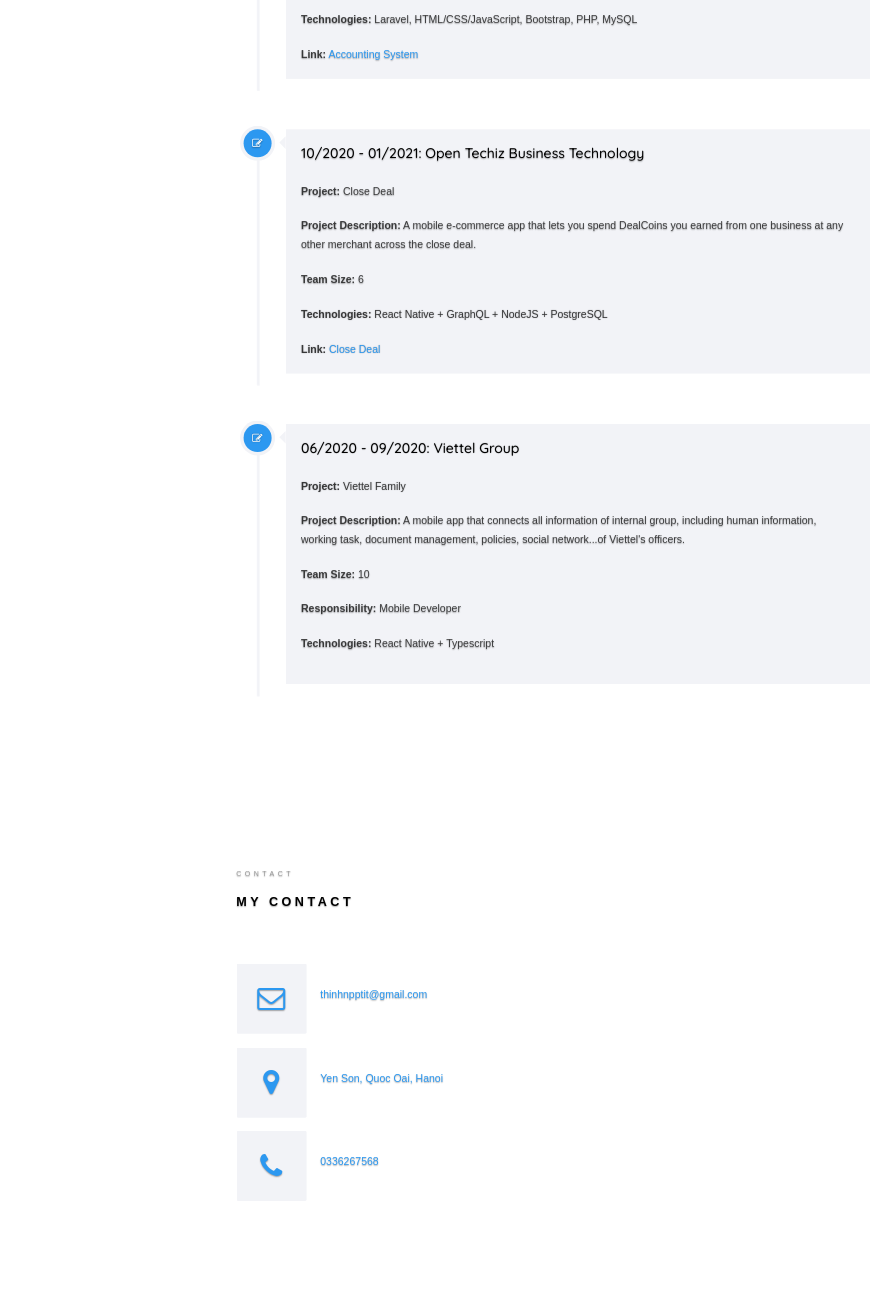
Repository: thinhnpptit/my-cv
Page: index.html
These files come from the project's save history. The page is drawn as it stood at one moment and after the next save; the edit follows.
The browser window is 1280 px wide. The pictures show the part of the page from y = 2824 to 4744 px (the page is 4695 px tall before and 4744 px after), at 70% of full size.
Some web fonts or font styles are not loaded; a fallback is used.

Above is the page before, as saved 2021-06-22 22:45:59.
Console error: TypeError: $(...).stick_in_parent is not a function

### index.html

<!DOCTYPE HTML>
<html>
	<head>
	<meta charset="utf-8">
	<meta http-equiv="X-UA-Compatible" content="IE=edge">
	<title>MY CV</title>
	<meta name="viewport" content="width=device-width, initial-scale=1">
	<meta name="description" content="" />
	<meta name="keywords" content="" />
	<meta name="author" content="" />

  <!-- Facebook and Twitter integration -->
	<meta property="og:title" content=""/>
	<meta property="og:image" content=""/>
	<meta property="og:url" content=""/>
	<meta property="og:site_name" content=""/>
	<meta property="og:description" content=""/>
	<meta name="twitter:title" content="" />
	<meta name="twitter:image" content="" />
	<meta name="twitter:url" content="" />
	<meta name="twitter:card" content="" />

	<!-- Place favicon.ico and apple-touch-icon.png in the root directory -->
	<link rel="shortcut icon" href="favico.png">

	<link href="https://fonts.googleapis.com/css?family=Quicksand:300,400,500,700" rel="stylesheet">
	<link href="https://fonts.googleapis.com/css?family=Playfair+Display:400,400i,700" rel="stylesheet">

	<!-- Animate.css -->
	<link rel="stylesheet" href="css/animate.css">
	<!-- Icomoon Icon Fonts-->
	<link rel="stylesheet" href="css/icomoon.css">
	<!-- Bootstrap  -->
	<link rel="stylesheet" href="css/bootstrap.css">
	<!-- Flexslider  -->
	<link rel="stylesheet" href="css/flexslider.css">
	<!-- Flaticons  -->
	<link rel="stylesheet" href="fonts/flaticon/font/flaticon.css">
	<!-- Owl Carousel -->
	<link rel="stylesheet" href="css/owl.carousel.min.css">
	<link rel="stylesheet" href="css/owl.theme.default.min.css">
	<!-- Theme style  -->
	<link rel="stylesheet" href="css/style.css">
	<!-- Font Waresome -->
	<link rel="stylesheet" href="https://cdnjs.cloudflare.com/ajax/libs/font-awesome/4.7.0/css/font-awesome.min.css">

	<!-- Modernizr JS -->
	<script src="js/modernizr-2.6.2.min.js"></script>
	<!-- FOR IE9 below -->
	<!--[if lt IE 9]>
	<script src="js/respond.min.js"></script>
	<![endif]-->

	</head>
	<body>
	<div id="colorlib-page">
		<div class="container-wrap">
		<a href="#" class="js-colorlib-nav-toggle colorlib-nav-toggle" data-toggle="collapse" data-target="#navbar" aria-expanded="false" aria-controls="navbar"><i></i></a>
		<aside id="colorlib-aside" role="complementary" class="border js-fullheight">
			<div class="text-center">
				<div class="author-img" style="background-image: url(images/avatar.png);"></div>
				<h1 id="colorlib-logo"><a href="index.html">Nguyen Phu Thinh</a></h1>
				<span class="position">Full Stack Web Developer</span>
			</div>
			<nav id="colorlib-main-menu" role="navigation" class="navbar">
				<div id="navbar" class="collapse">
					<ul>
						<li class="active"><a href="#" data-nav-section="about">About</a></li>
						<li><a href="#" data-nav-section="skills">Skills</a></li>
						<li><a href="#" data-nav-section="education">Education</a></li>
						<li><a href="#" data-nav-section="experience">Project</a></li>
						<li><a href="#" data-nav-section="contact">Contact</a></li>
					</ul>
				</div>
			</nav>

			<div class="colorlib-footer">
				<a href="" target="_blank" class="btn btn-primary btn-learn text-center">Download My CV <i class="fa fa-cloud-download" aria-hidden="true"></i></a>
			</div>

		</aside>

		<div id="colorlib-main">
			<section class="colorlib-about" data-section="about">
				<div class="colorlib-narrow-content">
					<div class="row">
						<div class="col-md-12">
							<div class="row row-bottom-padded-sm animate-box" data-animate-effect="fadeInLeft">
								<div class="col-md-12">
									<div class="about-desc">
										<span class="heading-meta">ABOUT</span>
										<h2 class="colorlib-heading">Who Am I?</h2>
										<p>I'm Nguyen Phu Thinh, a full stack developer with <strong>2 years of experience</strong> in Front-End Web Development (which includes <strong>1 years of experience</strong> in Back-End Development), with good knowledge of Object-Oriented
											Analysis and Design, Database Design, and Design Patterns.</p>
										<!-- <p>Learning new languages and technologies is what I am passionate about (I self-taught Django with 3 weeks). I am considered a team-player because I like to help other and tend to work well within groups. I can also do some mentoring tasks and do code reviewing for other team members.</p> -->
										<!-- <span>Target: -->
										</span>
									</div>
								</div>
							</div>
						</div>
					</div>
				</div>
			</section>


			<section class="colorlib-skills" data-section="skills">
				<div class="colorlib-narrow-content">
					<div class="row">
						<div class="col-md-6 col-md-offset-3 col-md-pull-3 ">
							<span class="heading-meta">SKILLS</span>
							<h2 class="colorlib-heading">MY SKILLS</h2>
						</div>
					</div>
					<div class="row row-pt-md">
						<div class="col-md-3 text-center animate-box">
							<div class="services color-1">
								<span class="icon">
									<i class="fa fa-heart-o" aria-hidden="true"></i>
								</span>
								<div class="desc">
									<h3>PROGRAMMING LANGUAGES</h3>
									<ul>
										<li>HTML, CSS</li>
										<li>JavaScript</li>
										<li>PHP</li>
										<li>Java</li>
										<li>Python</li>
										<br>
										<br>
										<br>
									</ul>
									<br>
								</div>
							</div>
						</div>
						<div class="col-md-3 text-center animate-box">
							<div class="services color-2">
								<span class="icon">
									<i class="fa fa-file-code-o" aria-hidden="true"></i>
								</span>
								<div class="desc">
									<h3>FRAMEWORKS & PLATFORMS
									</h3>
									<ul>
										<li>Bootstrap</li>
										<li>Jquery</li>
										<li>ReactJS/ReactNative</li>
										<li>NodeJS</li>
										<li>Laravel</li>
										<li>RestfulAPI / JSON, XML</li>
										<li>Javascript SDK: FacebookSDK, Firebase, MongoLab API</li>
									</ul>
								</div>
							</div>
						</div>
						<div class="col-md-3 text-center animate-box">
							<div class="services color-3">
								<span class="icon">
									<i class="fa fa-database" aria-hidden="true"></i>
								</span>
								<div class="desc">
									<h3>Database Management</h3>
									<ul>
										<li>MySQL</li>
										<li>MongoDB</li>
										</li>Microsoft SQL</li>
										<li>PostgreSQL</li>
										<br>
										<br>
										<br>
										<br>
										<br>
										<br>
										<br>
										<br>
									</ul>
								</div>
							</div>
						</div>
						<div class="col-md-3 text-center animate-box">
							<div class="services color-4">
								<span class="icon">
									<i class="fa fa-git" aria-hidden="true"></i>
								</span>
								<div class="desc">
									<h3>Dev Tools</h3>
									<ul>
										<li>Git (Github)</li>
										<li>Docker</li>
										<li>VS Code</li>
										<li>Zsh/Bash</li>
										<br>
										<br>
										<br>
										<br>
										<br>
										<br>
									</ul>
								</div>
							</div>
						</div>
						<div class="col-md-12 text-center animate-box">
							<div class="services color-5">
								<span class="icon">
									<i class="fa fa-key" aria-hidden="true"></i>
								</span>
								<div class="desc">
									<h3>KNOWLEDGE</h3>
									<ul>
										<li>Deep understanding about OOP, Design Pattern, SOLID principles, Dependency Injection, ...</li>
										<li>Good understanding about the Agile and Scrum process</li>
										<li>Good understanding software design, database design, RestfulAPI, ...</li>
										<li>Good time management, presentation and teamwork skills ...</li>
									</ul>
								</div>
							</div>
						</div>
					</div>
				</div>
			</section>



			<section class="colorlib-education" data-section="education">
				<div class="colorlib-narrow-content">
					<div class="row">
						<div class="col-md-6 col-md-offset-3 col-md-pull-3 animate-box" data-animate-effect="fadeInLeft">
							<h2 class="colorlib-heading animate-box">EDUCATION</h2>
						</div>
					</div>
					<div class="row">
						<div class="col-md-12 animate-box" data-animate-effect="fadeInLeft">
							<div class="fancy-collapse-panel">
								<div class="panel-group" id="accordion" role="tablist" aria-multiselectable="true">
									<div class="panel panel-default">
									    <div class="panel-heading" role="tab" id="headingOne">
									        <h4 class="panel-title">
									            <a data-toggle="collapse" data-parent="#accordion" href="#collapseOne" aria-expanded="true" aria-controls="collapseOne">2017-2021</a>
									        </h4>
									    </div>
									    <div id="collapseOne" class="panel-collapse collapse in" role="tabpanel" aria-labelledby="headingOne">
									         <div class="panel-body">
									            <div class="row">
										      		<div class="col-md-6">
														  <p>Currently a former student of PTIT</p>
														  <p>GPA: 2.94</p>
															<p>TOEIC 645</p>
										      		</div>
										      		<div class="col-md-6">
										      			<p>Posts and Telecommunications Institute of Technology, Vietnam</p>
										      		</div>
										      	</div>
									         </div>
									    </div>
									</div>
								</div>
							</div>
						</div>

				</div>
			</section>

			<section class="colorlib-experience" data-section="experience">
				<div class="colorlib-narrow-content">
					<div class="row">
						<div class="col-md-6 col-md-offset-3 col-md-pull-3 animate-box" data-animate-effect="fadeInLeft">
							<h2 class="colorlib-heading animate-box">EXPERIENCES</h2>
						</div>
					</div>
					<div class="row">
						<div class="col-md-12">
				         <div class="timeline-centered">
					         <article class="timeline-entry animate-box" data-animate-effect="fadeInLeft">
					            <div class="timeline-entry-inner">
					               <div class="timeline-icon color-1">
										<i class="fa fa-pencil-square-o" aria-hidden="true"></i>
					               </div>

					               <div class="timeline-label">
					                  	<h2><a href="#">02/2021 - PRESENT: Side Projects</a><span></span></h2>
										<p><strong>Project:</strong> Accounting System</p>
										<p><strong>Project Description:</strong> An accounting management system that helps a company can manage all 	  	  information about bills, invoices, warehouse, statistic goods, revenues, salaries.</p>
										<p><strong>Team Size:</strong> 5</p>
										<p><strong>Accomplishments:</strong> Learned the optimization of each command line, the frameworks of each command line at execution</p>
										<p><strong>Technologies:</strong> Laravel, HTML/CSS/JavaScript, Bootstrap, PHP, MySQL</p>
										<span><strong>Link:</strong></span><a href="http://accounting-system-app.herokuapp.com"> Accounting System</a>
										<!-- <div class="text-center">
											<a name="" id="" class="btn btn-primary" href="#" role="button">View Page</a>
										</div> -->
										<div class="list-img text-center">
											<!-- Images -->
										</div>
								   </div>
								   <br>
								</div>
					         </article>
					      </div>
					   </div>
					   <div class="col-md-12">
						<div class="timeline-centered">
							<article class="timeline-entry animate-box" data-animate-effect="fadeInLeft">
							   <div class="timeline-entry-inner">
								  <div class="timeline-icon color-1">
										<i class="fa fa-pencil-square-o" aria-hidden="true"></i>
								  </div>

								  <div class="timeline-label">
										<h2><a href="#">10/2020 - 01/2021: Open Techiz Business Technology</a><span></span></h2>
										<p><strong>Project:</strong> Close Deal</p>
										<p><strong>Project Description:</strong> A mobile e-commerce app that lets you spend DealCoins you earned 	from one business at any other merchant across the close deal.</p>
										<p><strong>Team Size:</strong> 6</p>
										<!-- <p><strong>Accomplishments:</strong> Learned the optimization of each command line, the frameworks of each command line at execution</p> -->
										<p><strong>Technologies:</strong> React Native + GraphQL + NodeJS + PostgreSQL</p>
										<span><strong>Link:</strong></span><a href="https://closedeal.app"> Close Deal</a>
									   <!-- <div class="text-center">
										   <a name="" id="" class="btn btn-primary" href="#" role="button">View Page</a>
									   </div> -->
									   <div class="list-img text-center">
										   <!-- Image -->
									   </div>
								  </div>
								  <br>
							   </div>
							</article>
						 </div>
					  </div>
						<div class="col-md-12">
							<div class="timeline-centered">
								<article class="timeline-entry animate-box" data-animate-effect="fadeInLeft">
									 <div class="timeline-entry-inner">
										<div class="timeline-icon color-1">
											<i class="fa fa-pencil-square-o" aria-hidden="true"></i>
										</div>

										<div class="timeline-label">
											<h2><a href="#">06/2020 - 09/2020: Viettel Group</a><span></span></h2>
											<p><strong>Project:</strong> Viettel Family</p>
											<p><strong>Project Description:</strong> A mobile app that connects all information of internal group, including human information, working task, document management, policies, social network...of Viettel's officers.</p>
											<p><strong>Team Size:</strong> 10</p>
											<p><strong>Responsibility: </strong>Mobile Developer</p>
											<!-- <p><strong>Accomplishments:</strong> Learned the optimization of each command line, the frameworks of each command line at execution</p> -->
											<p><strong>Technologies:</strong> React Native + Typescript </p>
											 <!-- <div class="text-center">
												 <a name="" id="" class="btn btn-primary" href="#" role="button">View Page</a>
											 </div> -->
											 <div class="list-img text-center">
												 <!-- Image -->
											 </div>
										</div>
										<br>
									 </div>
								</article>
							 </div>
							</div>
				   </div>
				</div>
			</section>

			<section class="colorlib-contact" data-section="contact">
				<div class="colorlib-narrow-content">
					<div class="row">
						<div class="col-md-6 col-md-offset-3 col-md-pull-3 animate-box" data-animate-effect="fadeInLeft">
							<span class="heading-meta">CONTACT</span>
							<h2 class="colorlib-heading">My Contact</h2>
						</div>
					</div>
					<div class="row">
						<div class="col-md-12">
							<div class="colorlib-feature colorlib-feature-sm animate-box" data-animate-effect="fadeInLeft">
								<div class="colorlib-icon">
									<i class="fa fa-envelope-o" aria-hidden="true"></i>
								</div>
								<div class="colorlib-text">
									<p><a href="mailto:hoangtienaptech@gmail.com">thinhnpptit@gmail.com</a></p>
								</div>
							</div>
							<div class="colorlib-feature colorlib-feature-sm animate-box" data-animate-effect="fadeInLeft">
								<div class="colorlib-icon">
									<i class="fa fa-map-marker" aria-hidden="true"></i>
								</div>
								<div class="colorlib-text">
									<p><a href="">Yen Son, Quoc Oai, Hanoi</a></p>
								</div>
							</div>
							<div class="colorlib-feature colorlib-feature-sm animate-box" data-animate-effect="fadeInLeft">
								<div class="colorlib-icon">
									<i class="fa fa-phone" aria-hidden="true"></i>
								</div>
								<div class="colorlib-text">
									<p><a href="tel:+84393932114">0336267568</a></p>
								</div>
							</div>
						</div>
					</div>
				</div>
			</section>

		</div><!-- end:colorlib-main -->
	</div><!-- end:container-wrap -->
	</div><!-- end:colorlib-page -->

	<!-- jQuery -->
	<script src="js/jquery.min.js"></script>
	<!-- jQuery Easing -->
	<script src="js/jquery.easing.1.3.js"></script>
	<!-- Bootstrap -->
	<script src="js/bootstrap.min.js"></script>
	<!-- Waypoints -->
	<script src="js/jquery.waypoints.min.js"></script>
	<!-- Flexslider -->
	<script src="js/jquery.flexslider-min.js"></script>
	<!-- Owl carousel -->
	<script src="js/owl.carousel.min.js"></script>
	<!-- Counters -->
	<script src="js/jquery.countTo.js"></script>

	<!-- MAIN JS -->
	<script src="js/main.js"></script>

	</body>
</html>

Loaded but not shown: css/animate.css (library); css/bootstrap.css (library); css/owl.carousel.min.css (library); css/owl.theme.default.min.css (common file); js/modernizr-2.6.2.min.js (library); js/jquery.min.js (library); js/jquery.easing.1.3.js (library); js/bootstrap.min.js (library); js/jquery.waypoints.min.js (library); js/jquery.flexslider-min.js (library); js/owl.carousel.min.js (library); js/jquery.countTo.js (library); js/main.js (310 lines, source omitted); css/style.css (1971 lines, source omitted); css/flexslider.css (275 lines, source omitted)

After the next save:
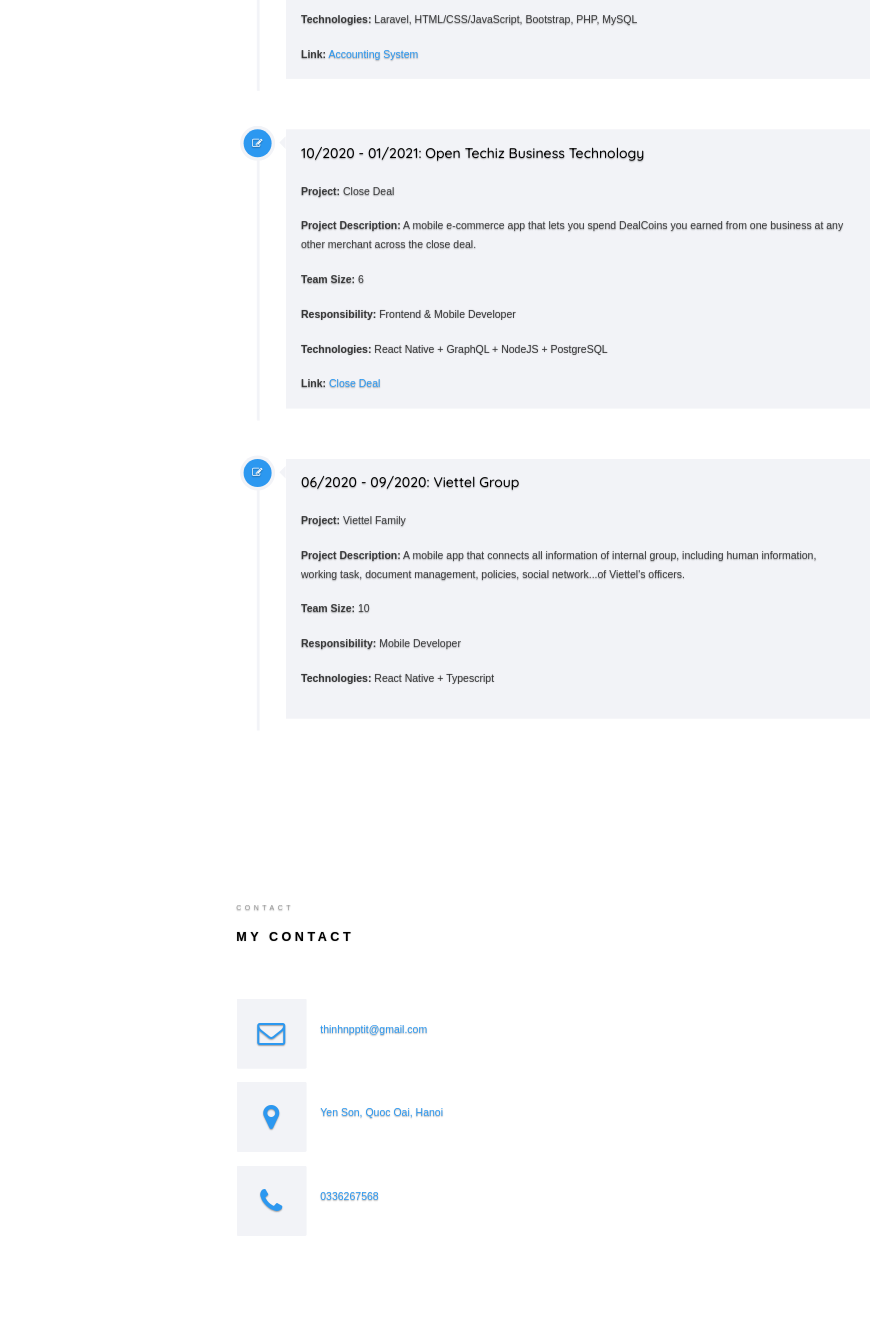
Saved 41 s later.
--- a/index.html
+++ b/index.html
@@ -311,6 +311,7 @@
 										<p><strong>Project:</strong> Close Deal</p>
 										<p><strong>Project Description:</strong> A mobile e-commerce app that lets you spend DealCoins you earned 	from one business at any other merchant across the close deal.</p>
 										<p><strong>Team Size:</strong> 6</p>
+										<p><strong>Responsibility: </strong>Frontend & Mobile Developer</p>
 										<!-- <p><strong>Accomplishments:</strong> Learned the optimization of each command line, the frameworks of each command line at execution</p> -->
 										<p><strong>Technologies:</strong> React Native + GraphQL + NodeJS + PostgreSQL</p>
 										<span><strong>Link:</strong></span><a href="https://closedeal.app"> Close Deal</a>
